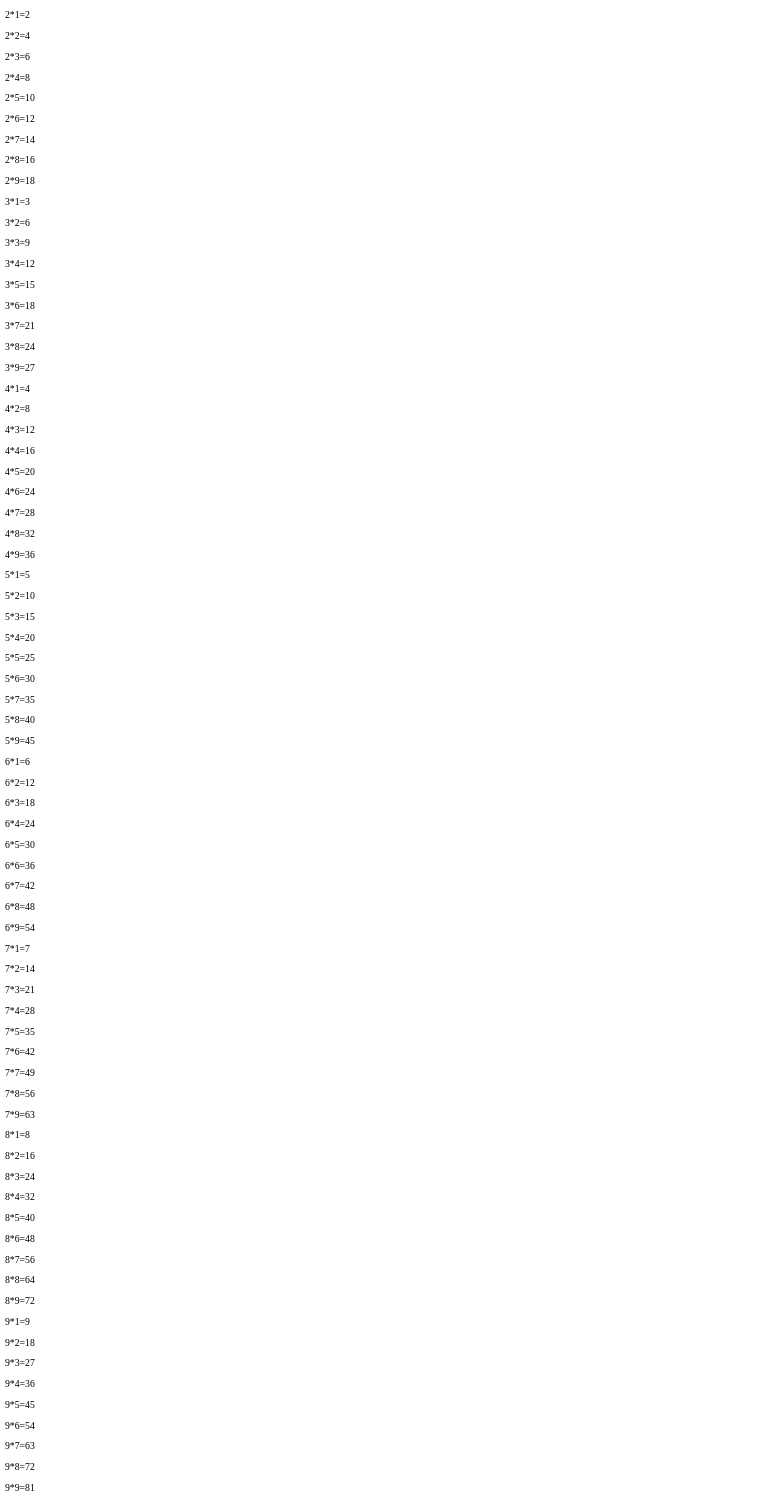
Repository: kkw3202/Jsp2026
Page: http://localhost/chapter01/test02.jsp
The author's editor kept a copy of each file at every save. The page is drawn from the files as they stood at one save, then again after the next save.
The browser window is 1280 px wide. The pictures show the whole page, at 61% of full size.
The page is served by Tomcat 9.

Above is the page before, as saved 2026-10-16 02:22:58.

After the next save:
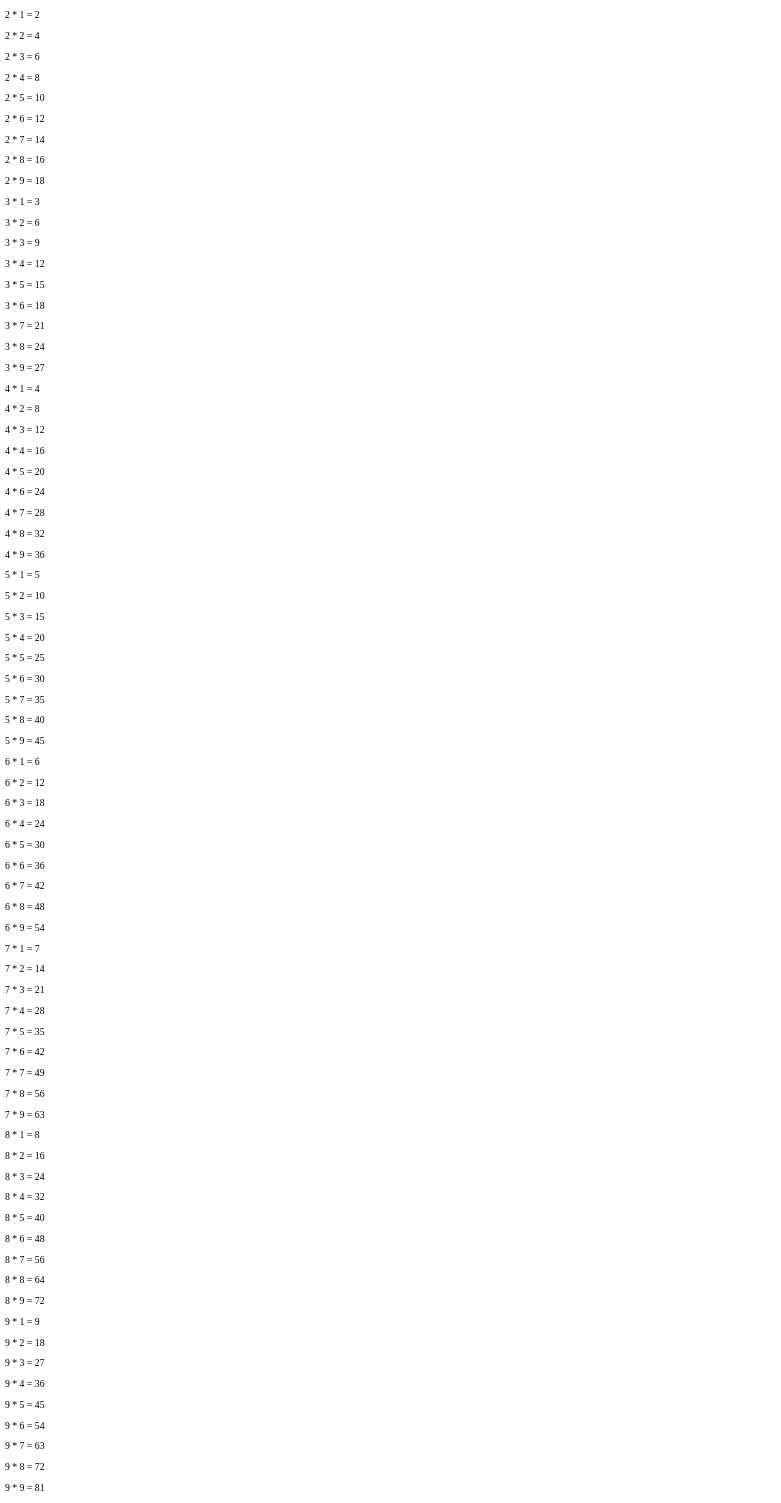
Saved 27 s later.
--- a/chapter01/src/main/webapp/test02.jsp
+++ b/chapter01/src/main/webapp/test02.jsp
@@ -15,7 +15,7 @@
 			for(int j = 1; j<10; j++){
 				prt = row*j;
 	%>
-		<p><%= row + "*" + j + "=" + prt %></p>
+		<p><%= row + " * " + j + " = " + prt %></p>
 	<%
 			}
 			row++;
